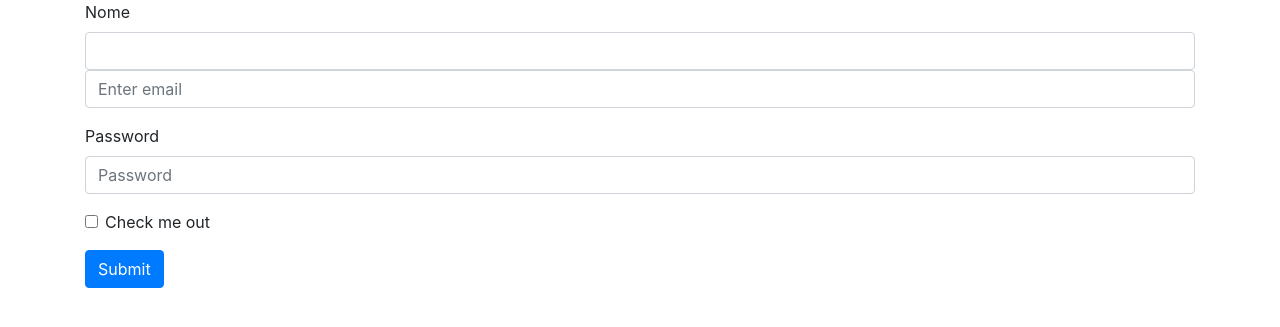
Repository: wellersonfc/simple-crud-react
Page: /
The author's editor kept a copy of each file at every save. The page is drawn from the files as they stood at one save, then again after a run of saves.
The browser window is 1280 px wide. The pictures show the whole page.
The project was rebuilt for these pictures with package versions that can differ from the ones it lists, and the page was loaded fresh each time.

Above is the page before, as saved 2019-09-22 15:23:38.

After the next 2 saves:
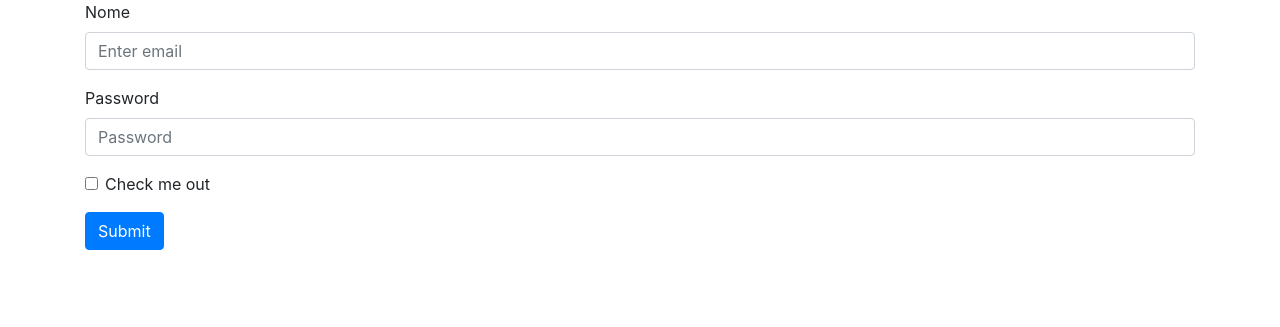
The 2 saves are shown as one change because they came seconds apart.
The last was saved 18 s later.
--- a/src/App.js
+++ b/src/App.js
@@ -9,8 +9,7 @@ function App() {
           <form>
             <div class="form-group">
               <label for="exampleInputEmail1">Nome</label>
-              <input id="nome" class="form-control" type="text" name="nome" value=""/>
-              <input type="email" class="form-control" id="exampleInputEmail1" aria-describedby="emailHelp" placeholder="Enter email"/>
+              <input id="nome" class="form-control" type="text" name="nome" value=""  placeholder="Enter email"/>
             </div>
             <div class="form-group">
               <label for="exampleInputPassword1">Password</label>
